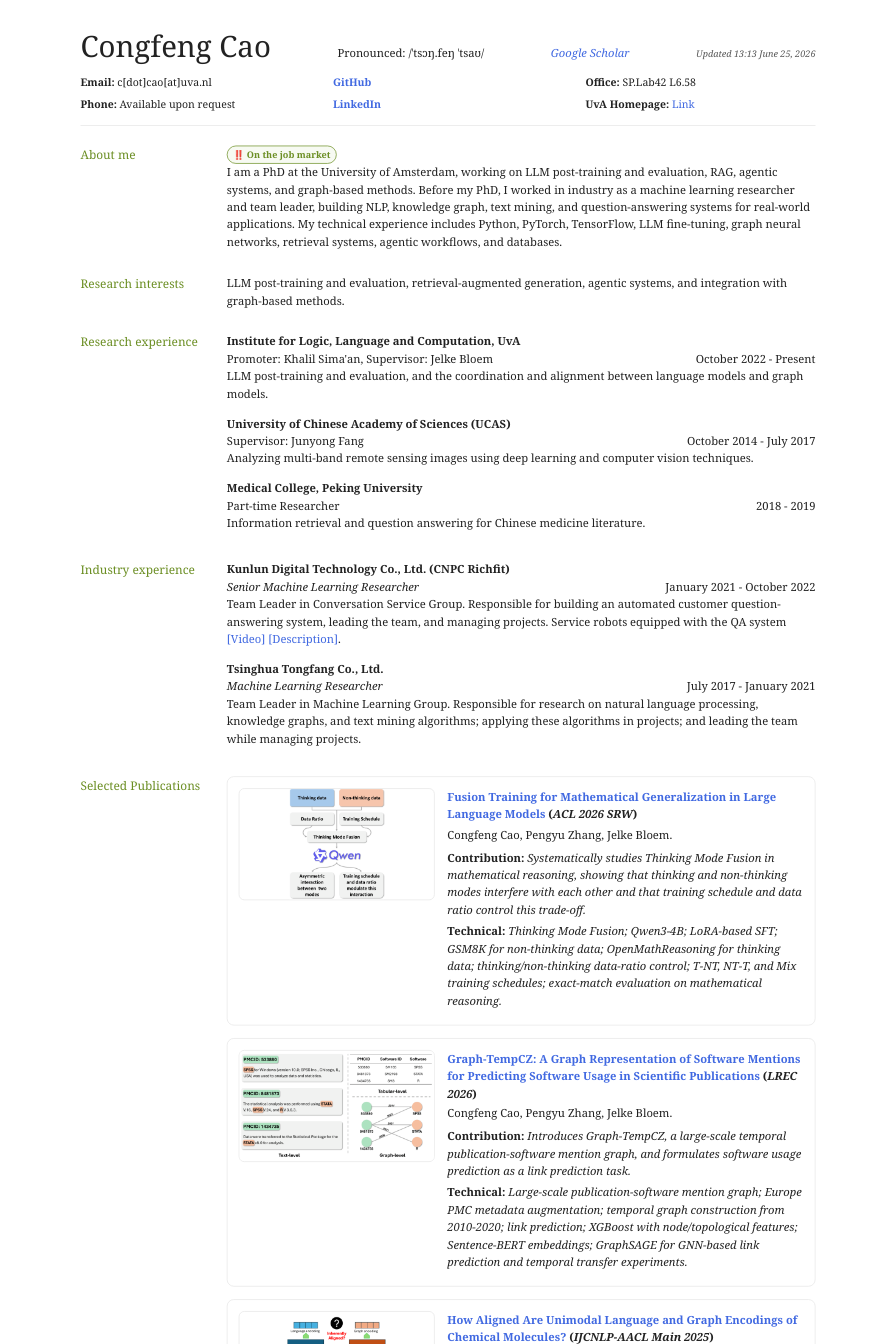
Repository: caocongfeng/caocongfeng.github.io
Page: index.html
An editor plug-in stored every save of this project. The page is shown before and after a run of saves, followed by the edit.
The browser window is 1280 px wide. The pictures show the part of the page from y = 0 to 1920 px (the page is 4752 px tall), at 70% of full size.

Above is the page before, as saved 2026-06-25 13:10:54.

After the next 2 saves:
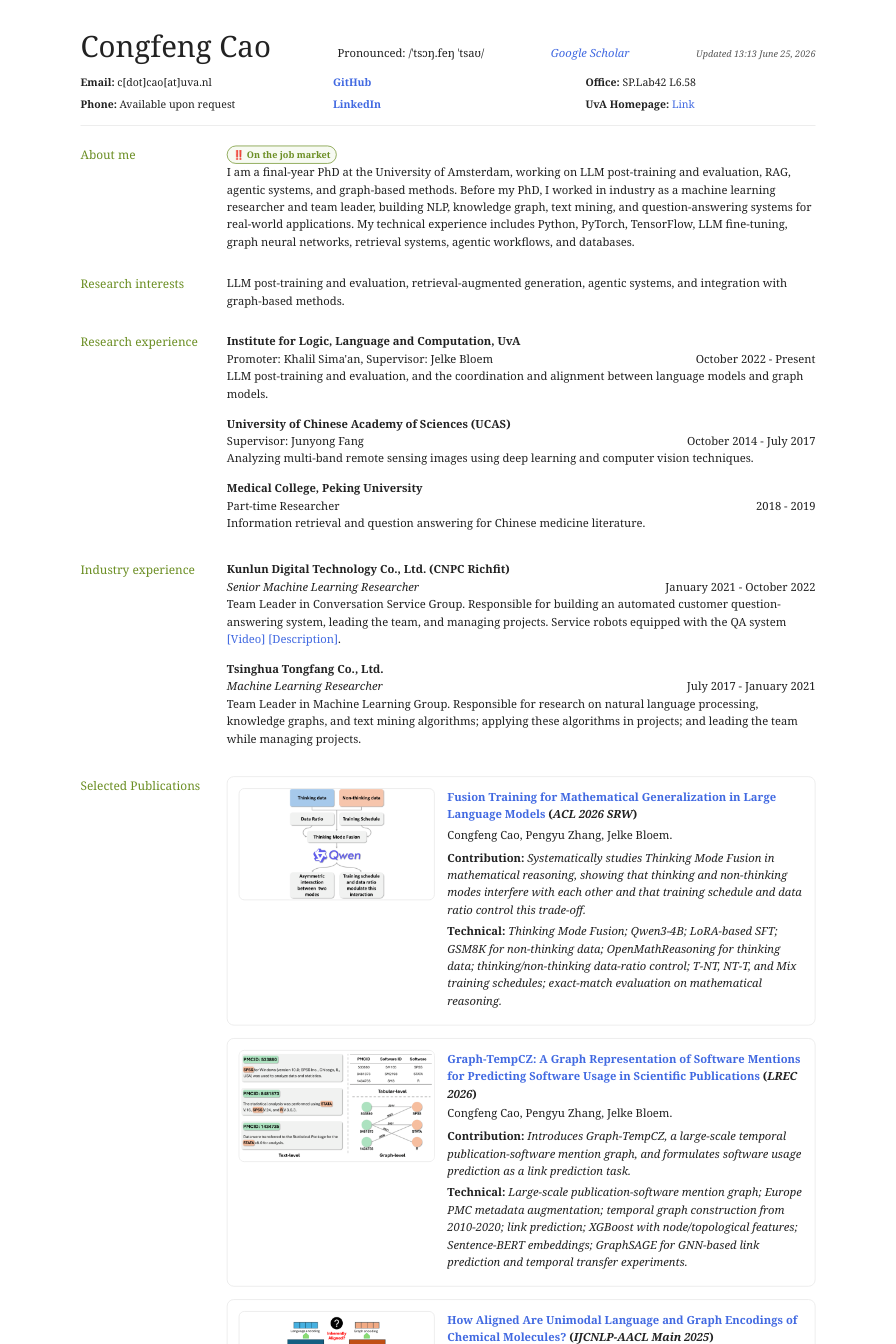
The 2 saves are shown as one change because they came seconds apart.
The last was saved 6 s later.
--- a/index.html
+++ b/index.html
@@ -349,7 +349,7 @@
         <p>
           <span class="job-market-badge">‼️ On the job market</span> <br />
 
-          I am a PhD at the University of Amsterdam, working on LLM post-training and evaluation, RAG, agentic systems, and graph-based methods. Before my PhD, I worked in industry as a machine learning researcher and team leader, building NLP, knowledge graph, text mining, and question-answering systems for real-world applications. My technical experience includes Python, PyTorch, TensorFlow, LLM fine-tuning, graph neural networks, retrieval systems, agentic workflows, and databases.</p>
+          I am a final-year PhD at the University of Amsterdam, working on LLM post-training and evaluation, RAG, agentic systems, and graph-based methods. Before my PhD, I worked in industry as a machine learning researcher and team leader, building NLP, knowledge graph, text mining, and question-answering systems for real-world applications. My technical experience includes Python, PyTorch, TensorFlow, LLM fine-tuning, graph neural networks, retrieval systems, agentic workflows, and databases.</p>
       </div>
     </section>
 
